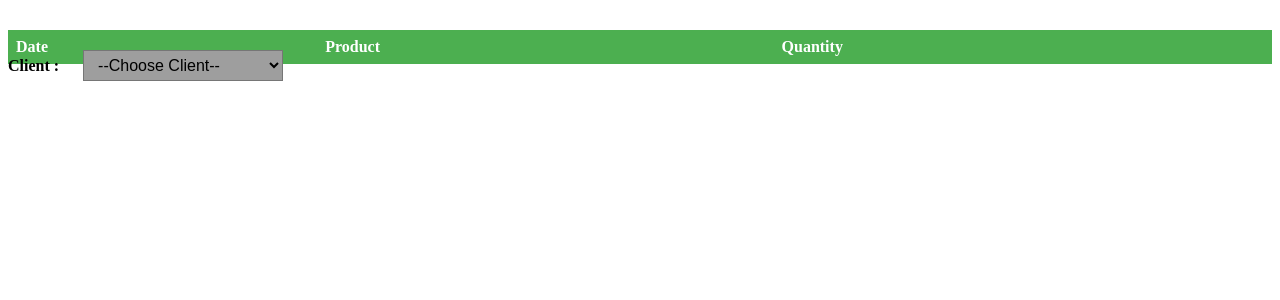
Repository: erjaimin/coding-ground
Page: http://localhost/SalesWebApp/stats.jsp
The author's editor kept a copy of each file at every save. The page is drawn from the files as they stood at one save, then again after the next save.
The browser window is 1280 px wide. The pictures show the whole page.
Pictures or frames that could not be fetched are drawn as grey boxes. Some web libraries are served in a nearby version. The page is served by Tomcat 9. Queries for data that is not in the repository find no rows.

Above is the page before, as saved 2017-11-28 18:38:36.

### SalesWebApp/WebContent/stats.jsp
<!DOCTYPE html>
<%@ page language="java" contentType="text/html; charset=UTF-8"
    pageEncoding="UTF-8"%>
<%@ page import="java.sql.*"%>
<%@ page import="java.util.Map"%>
<%@ page import="java.util.HashMap"%>
<%@ page import="java.util.LinkedHashMap"%>
<%@ taglib prefix="c" uri="http://java.sun.com/jsp/jstl/core" %>
<%! String query1 = "SELECT CUSTOMER.CUSTOMER_ID, CUSTOMER.CUSTOMER_NAME "+
	    "FROM CUSTOMER INNER JOIN SALES_ORDER ON SALES_ORDER.CUSTOMER_ID = CUSTOMER.CUSTOMER_ID "+
	    "GROUP BY CUSTOMER.CUSTOMER_ID, CUSTOMER.CUSTOMER_NAME";
	String query2 = "SELECT SUM(SALES_ORDER_LINE_ITEM.QUANTITY) AS Quantity, "+
	    "BOM.OUTPUT_DESCRIPTION AS Product, SALES_ORDER.BILLING_DATE FROM SALES_ORDER_LINE_ITEM "+
	    "INNER JOIN sales_order ON SALES_ORDER_LINE_ITEM.SALES_ORDER_ID = SALES_ORDER.SALES_ORDER_ID "+
	    "INNER JOIN CUSTOMER ON CUSTOMER.CUSTOMER_ID = SALES_ORDER.CUSTOMER_ID "+
	    "INNER JOIN BOM ON BOM.EFFECTIVE_DATE = SALES_ORDER.DELIVERY_DATE "+
	    "AND BOM.OUTPUT_PRODUCT_ID = SALES_ORDER_LINE_ITEM.PRODUCT_ID "+
	    "WHERE CUSTOMER.CUSTOMER_ID = ? GROUP BY "+
	    "BOM.OUTPUT_DESCRIPTION, SALES_ORDER.BILLING_DATE";
	String query3 ="SELECT SIM_DATE FROM CURRENT_SIM_DATE";
	/* String query3 ="SELECT SIM_DATE.SIM_DATE FROM CURRENT_SIM_DATE "+
	    "INNER JOIN SIM_DATE ON CURRENT_SIM_DATE.CUR_NB_DAYS >= SIM_DATE.NB_DAYS "+
	    "WHERE VDAY <= MAX_DAYS_PER_ROUND"; */
%>
<%
	ResultSet clients = null;
	ResultSet products = null;
	ResultSet dates = null;
	String server = "avenger.hec.ca\\erpsim";
    String database = "ERPSIM";
    String password = "ERPSIM";
	String path = null;
	Map<String, Map<String, Integer>> productDateMap = new HashMap<>();
	Map<String, Integer> dateMap = new LinkedHashMap<>();;
	try{
		/* Class.forName("com.microsoft.sqlserver.jdbc.SQLServerDriver");
        String connectionUrl = "jdbc:sqlserver://"+server+";databaseName="+database+";user=DAIRY1;password="+password+";";
        Connection connection = (Connection) DriverManager.getConnection(connectionUrl); */
        Class.forName("com.mysql.jdbc.Driver");
        String connectionUrl = "jdbc:mysql://localhost:3306/ERPSIM";
        Connection connection = (Connection) DriverManager.getConnection(connectionUrl, "root", "system");
		Statement st = connection.createStatement();
		clients = st.executeQuery(query1);
		String client = request.getParameter("client");
		if(client != "" && client != null && !client.equals("&")){
			Statement st2 = connection.createStatement(ResultSet.TYPE_SCROLL_INSENSITIVE, ResultSet.CONCUR_READ_ONLY);
			products = st2.executeQuery(query2.replace("?", client));
			Statement st3 = connection.createStatement();
			dates =  st3.executeQuery(query3);
			if(dates != null && products != null){
				while(dates.next()){
					dateMap.put(dates.getString(1), 0);
				}
				while(products.next()){
					int quantity = products.getInt(1);
					String product = products.getString(2);
					String date = products.getString(3);
					//System.out.println(product+";"+date+";"+quantity);
					Map<String, Integer> map = null;
					if(productDateMap.get(product) == null){
						productDateMap.put(product, new LinkedHashMap<>(dateMap));
						map = productDateMap.get(product);
						map.put(date, quantity);
					}else{
						map = productDateMap.get(product);
						if(map.get(date) != null){
							System.out.println(date +"=>"+map.get(date)+";"+quantity);
							map.put(date, map.get(date)+quantity);
						}
					}
					productDateMap.put(product, map);
				}
				products.beforeFirst();
			}
		}
	}catch(Exception e){
		System.out.println("Could not connect to database");
		e.printStackTrace();
	}
%>
<html>
<head>
	<meta http-equiv="Content-Type" content="text/html; charset=UTF-8">
	<title>Sales Statistics</title>
	<style type="text/css">
		.header{
			position: fixed;
		}
		#customerDropDown{
			  -webkit-appearance: button;
			  -webkit-padding-end: 20px;
			  -webkit-padding-start: 2px;
			  background-image: url(http://i62.tinypic.com/15xvbd5.png),
			    -webkit-linear-gradient(#fafafa, #f4f4f4 40%, #e5e5e5);
			  background-position: 97% center;
			  background-repeat: no-repeat;
			  font-size: medium;
			  margin: 20px;
			  overflow: hidden;
			  padding: 5px 10px;
			  text-overflow: ellipsis;
			  white-space: nowrap;
			  width: 200px;
		}
		.button {
		    border: none;
		    padding: 16px 32px;
		    text-align: center;
		    text-decoration: none;
		    display: inline-block;
		    font-size: 16px;
		    margin: 4px 2px;
		    -webkit-transition-duration: 0.4s; /* Safari */
		    transition-duration: 0.4s;
		    cursor: pointer;
		}
		.button1 {
		    background-color: white;
		    color: black;
		    border: 2px solid #e7e7e7;
		}
		.button1:hover {background-color: #e7e7e7;}
		.button2 {
		    background-color: white;
		    color: black;
		    border: 2px solid #555555;
		}
		.button2:hover {
		    background-color: #555555;
		    color: white;
		}
		table {
		    border-collapse: collapse;
		    width: 100%;
		    margin-top: 30px;
		}

		th, td {
		    text-align: left;
		    padding: 8px;
		}
		th {
		    background-color: #4CAF50;
		    color: white;
		}

		tr:nth-child(even) {background-color: #f2f2f2;}
	</style>
	<script type="text/javascript">
		function init(){
			if(localStorage.getItem('selectedIndex') > 0){
				document.getElementById("customerDropDown").options[localStorage.getItem('selectedIndex')].selected = true;
				document.getElementById('btnTable').style.display = "inline-block";
				document.getElementById('btnGraph').style.display = "inline-block";

				var ctx = document.getElementById('myChart').getContext('2d');
				var options = {
						scales: {
							xAxes: [ { ticks: { autoSkip: false }
								 } ]
							}
				};
				var donnees = {
					    labels: [
					    	<%int noOfDates = dateMap.size();
					    	  int counter1 = 0;
					    	  for(Map.Entry<String, Integer> date : dateMap.entrySet()){%>
					    	  	<%="'"+date.getKey()+"'"%>
					    	  	<%if(counter1 +1 < noOfDates){counter1++;%>
					    	  		,
					    	<%}}%>
					    ],
					    datasets: [
					    	<%int noOfProducts = productDateMap.size();
					    	  int counter2 = 0;
					    	  for(Map.Entry<String, Map<String,Integer>> product : productDateMap.entrySet()){%>
					    	  {
							      label: '<%=product.getKey()%>',
							      data:[
							    	  <% int counter3 = 0;
							    	  for(Map.Entry<String, Integer> date : product.getValue().entrySet()){
							    	  %>
							    	  <%=date.getValue()%>
							    	  <%if(counter3 +1 < noOfDates){counter3++;%>
							    	  ,
							    	  <%}}%>
							      ]}
					    	  	<%if(counter2 +1 < noOfProducts){counter2++;%>
					    	  		,
					    	<%}}%>
					    ]
					  };
				var myChart = new Chart(ctx, {
					  type: 'line',
					  data: donnees,
					  options: options
					});
			}else{
				document.getElementById('btnTable').style.display = "none";
				document.getElementById('btnGraph').style.display = "none";
			}
		}

		function fetchClientDetails(e){
			var selectedValue= e.options[e.selectedIndex].value;
			localStorage.setItem('selectedIndex',e.selectedIndex);
			if(e.selectedIndex > 0){
				window.location.replace("stats.jsp?client=" + selectedValue);
			}else{
				window.location.replace("stats.jsp?client=&");
			}
		}

		function tableView(){
			localStorage.removeItem('view');
		}

		function graphView(){
			alert('graph');
			localStorage.setItem('view','graph');
		}
	</script>
	<script src="https://cdnjs.cloudflare.com/ajax/libs/Chart.js/2.6.0/Chart.min.js"></script>
</head>
<body onload="init();">
	<div class="header">
		<label for="customerDropDown" style="font-size: medium; font-weight: bold;">Client : </label>
		<select id="customerDropDown" name="customerDropDown" onchange="fetchClientDetails(this);">
			<option value="&" selected>--Choose Client--</option>
			<%if(clients != null){
	            while(clients.next()){%>
					<option value="<%=clients.getString(1) %>"><%=clients.getString(2) %></option>
			<%}} %>
		</select>
		<input type="button" id="btnTable" value="Table" class="button button1" onclick="tableView();"/>
		<input type="button" id="btnGraph" value="Graph" class="button button2" onclick="graphView();"/>
	</div>
	<div class="table">
		<table>
			<tr>
				<th>Date</th>
				<th>Product</th>
				<th>Quantity</th>
			</tr>
			<%if(products != null){
	            while(products.next()){%>
			<tr>
				<td><%=products.getString(3) %></td>
				<td><%=products.getString(2) %></td>
				<td><%=products.getString(1) %></td>
			</tr>
			<%}}%>
		</table>
	</div>
	<div class="graph">
		<canvas id="myChart" width='800' height='600'></canvas>
	</div>
</body>
</html>

After the next save:
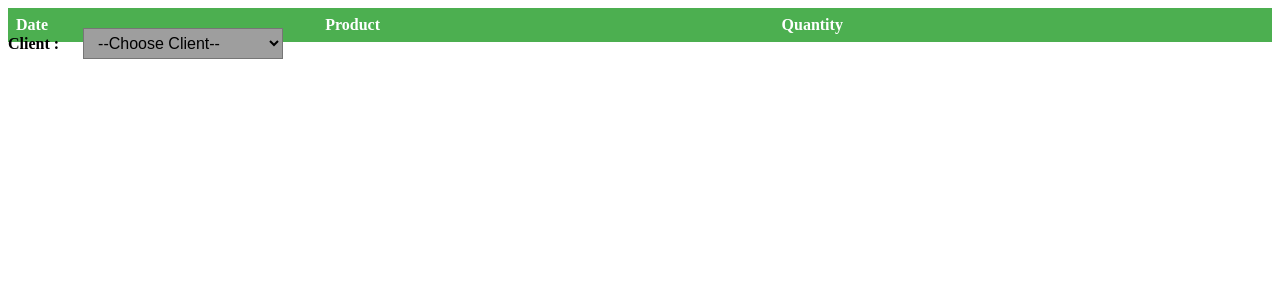
Saved 30 s later.
--- a/SalesWebApp/WebContent/stats.jsp
+++ b/SalesWebApp/WebContent/stats.jsp
@@ -132,7 +132,6 @@
 		table {
 		    border-collapse: collapse;
 		    width: 100%;
-		    margin-top: 30px;
 		}
 
 		th, td {
